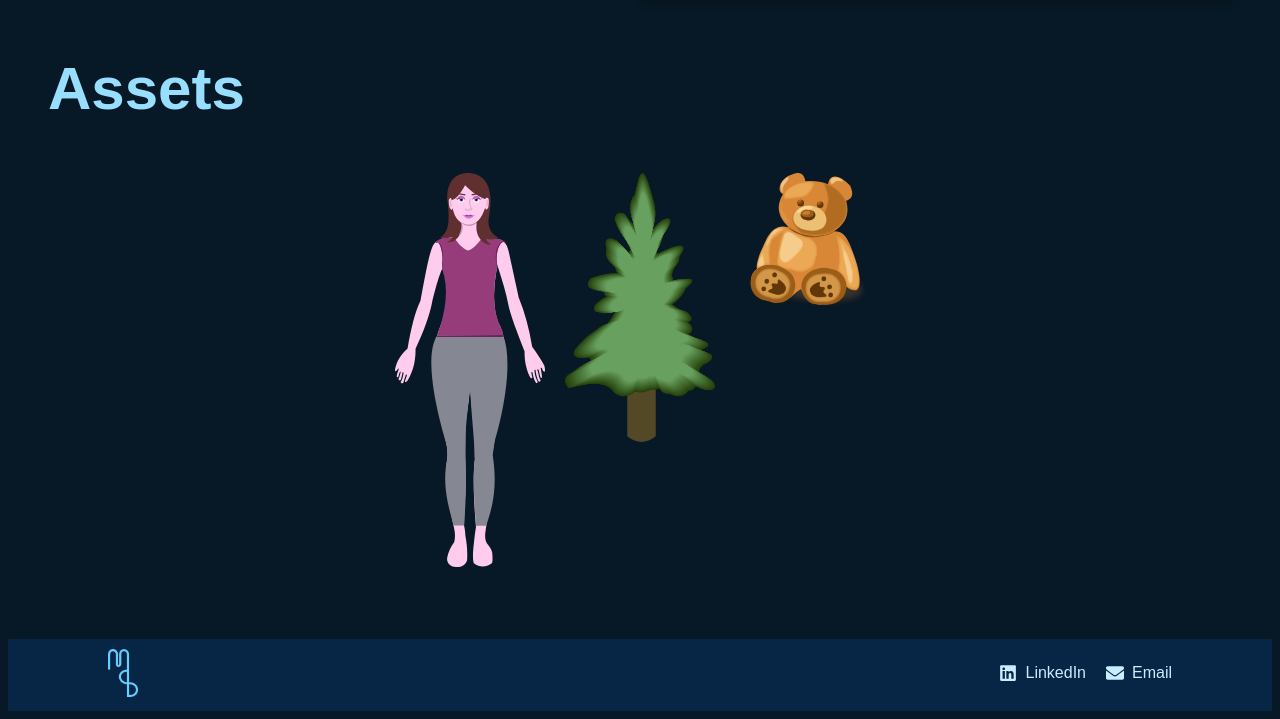
Repository: madelinestruthers/madeline-portfolio-site
Page: /Projects/motion-project
The author's editor kept a copy of each file at every save. The page is drawn from the files as they stood at one save, then again after a run of saves.
The browser window is 1280 px wide. The pictures show the part of the page from y = 651 to 1370 px (the page is 1370 px tall before and 1107 px after).
The project was rebuilt for these pictures with package versions that can differ from the ones it lists, and the page was loaded fresh each time. The framework's server and built-in components were replaced by stand-ins that run in the browser. Also part of the build but not shown: next.config.mjs.

Above is the page before, as saved 2025-03-22 19:51:12.

After the next 2 saves:
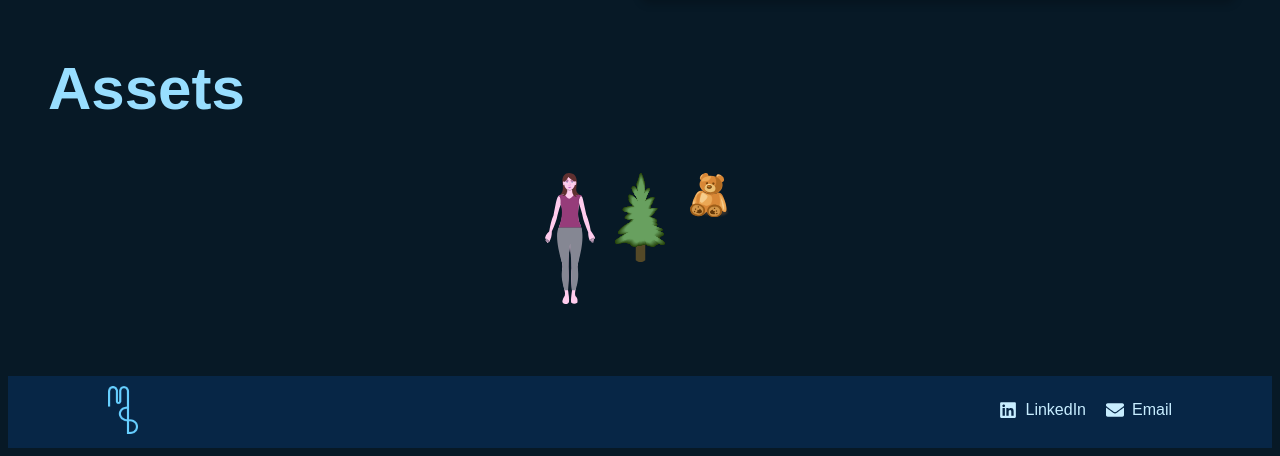
The 2 saves are shown as one change because they came seconds apart.
The last was saved 6 s later.
--- a/src/styles/MotionProject.module.css
+++ b/src/styles/MotionProject.module.css
@@ -161,7 +161,7 @@
     }
 
     .assetImage {
-        width: 150px;
+        width: 50px;
 
       }
 

After the save that followed:
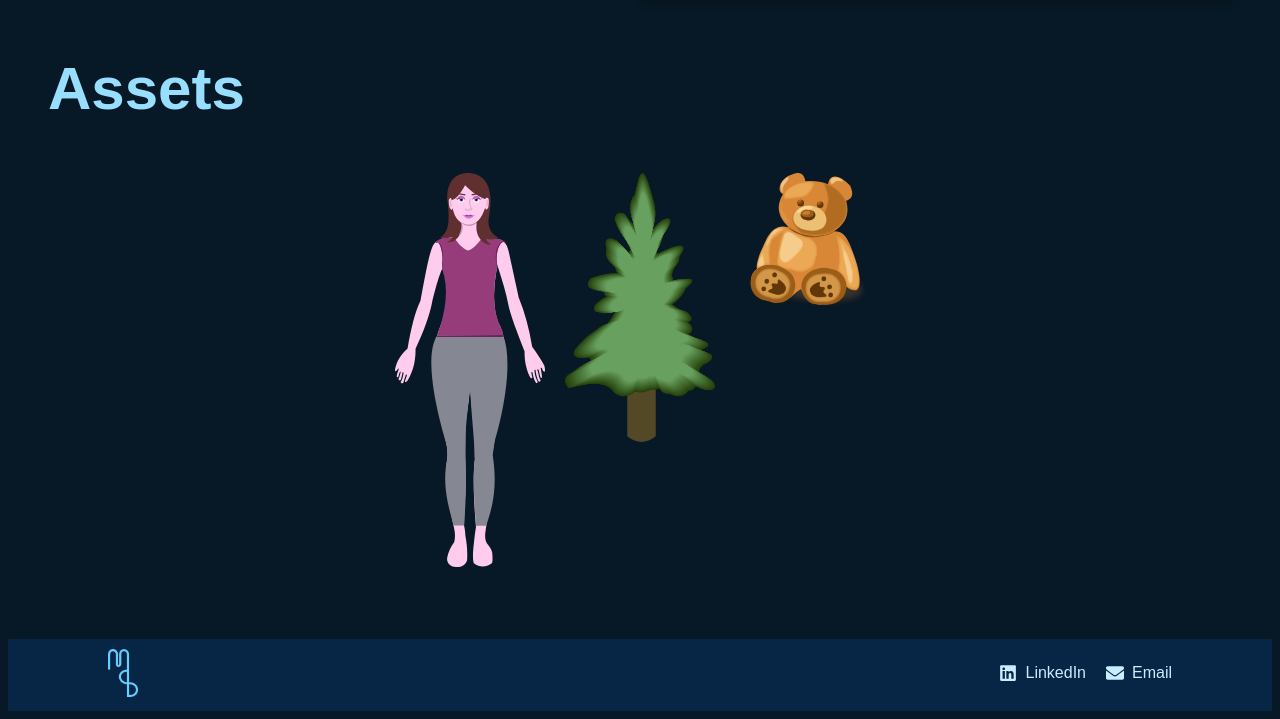
Saved 4 s later.
--- a/src/styles/MotionProject.module.css
+++ b/src/styles/MotionProject.module.css
@@ -161,7 +161,7 @@
     }
 
     .assetImage {
-        width: 50px;
+        width: 150px;
 
       }
 
